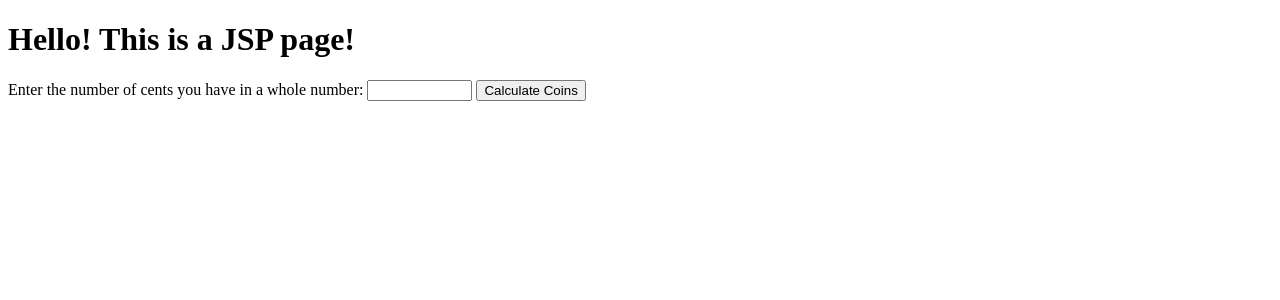
Repository: champloo2/JSPServeletCIS175
Page: http://localhost/TFeeder/
The author's editor kept a copy of each file at every save. The page is drawn from the files as they stood at one save, then again after the next save.
The browser window is 1280 px wide. The pictures show the whole page.
The page is served by Tomcat 9. Other server files are loaded and not shown.

Above is the page before, as saved 2020-02-11 23:15:09.

### TFeeder/WebContent/index.jsp
<%@ page language="java" contentType="text/html; charset=ISO-8859-1"
    pageEncoding="ISO-8859-1"%>
<!DOCTYPE html>
<html>

<head>
<meta charset="ISO-8859-1">
<title>T FEEDER PAGE</title>
</head>
<body>
<h1>Hello! This is a JSP page!</h1>
<form action="getCentsServlet" method="post">
Enter the number of cents you have in a whole number:
<input type="text" name="userCents" size="10">
<input type="submit" value="Calculate Coins" />
</form>
</body>
</html>

After the next save:
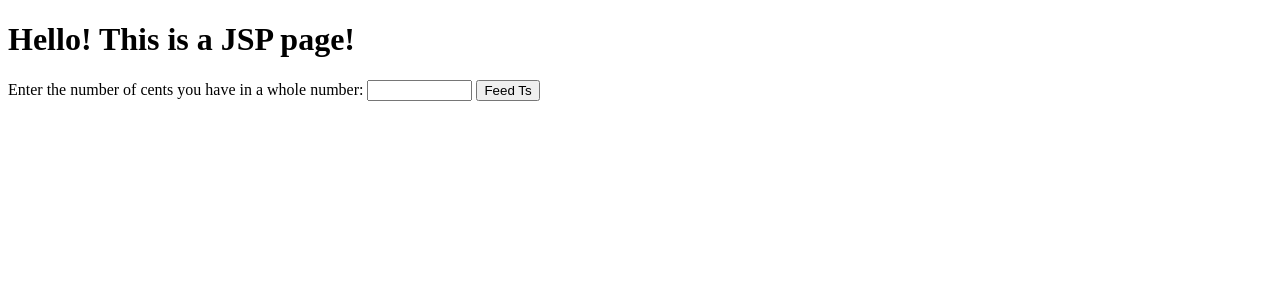
Saved 2 min 20 s later.
--- a/TFeeder/WebContent/index.jsp
+++ b/TFeeder/WebContent/index.jsp
@@ -11,8 +11,8 @@
 <h1>Hello! This is a JSP page!</h1>
 <form action="getCentsServlet" method="post">
 Enter the number of cents you have in a whole number:
-<input type="text" name="userCents" size="10">
-<input type="submit" value="Calculate Coins" />
+<input type="text" name="tFeeder" size="10">
+<input type="submit" value="Feed Ts" />
 </form>
 </body>
 </html>
